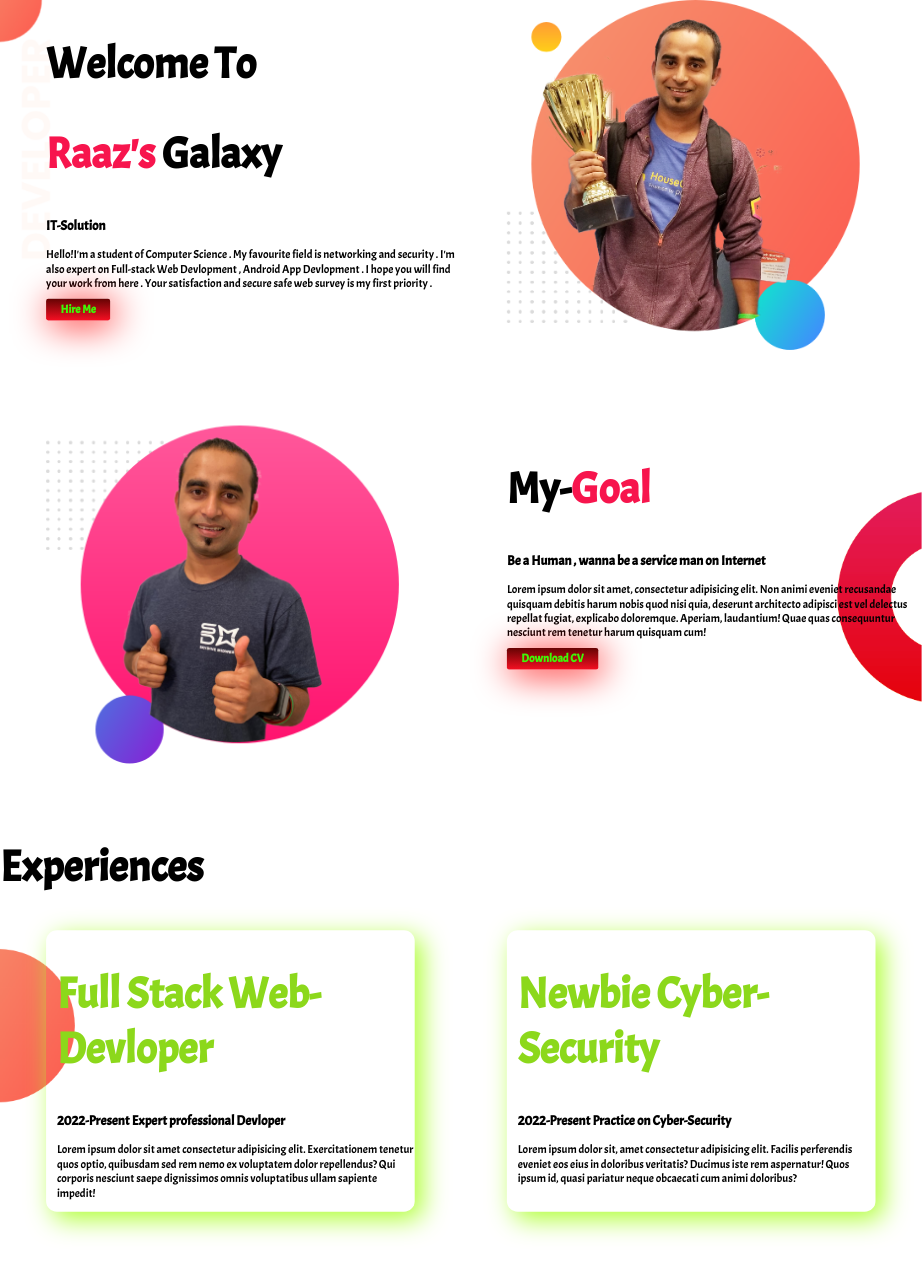
Repository: ramizraaz/my-portfolio
Page: about.html
The author's editor kept a copy of each file at every save. The page is drawn from the files as they stood at one save, then again after the next save.
The browser window is 1280 px wide. The pictures show the whole page, at 72% of full size.

Above is the page before, as saved 2022-01-18 16:16:03.

After the next save:
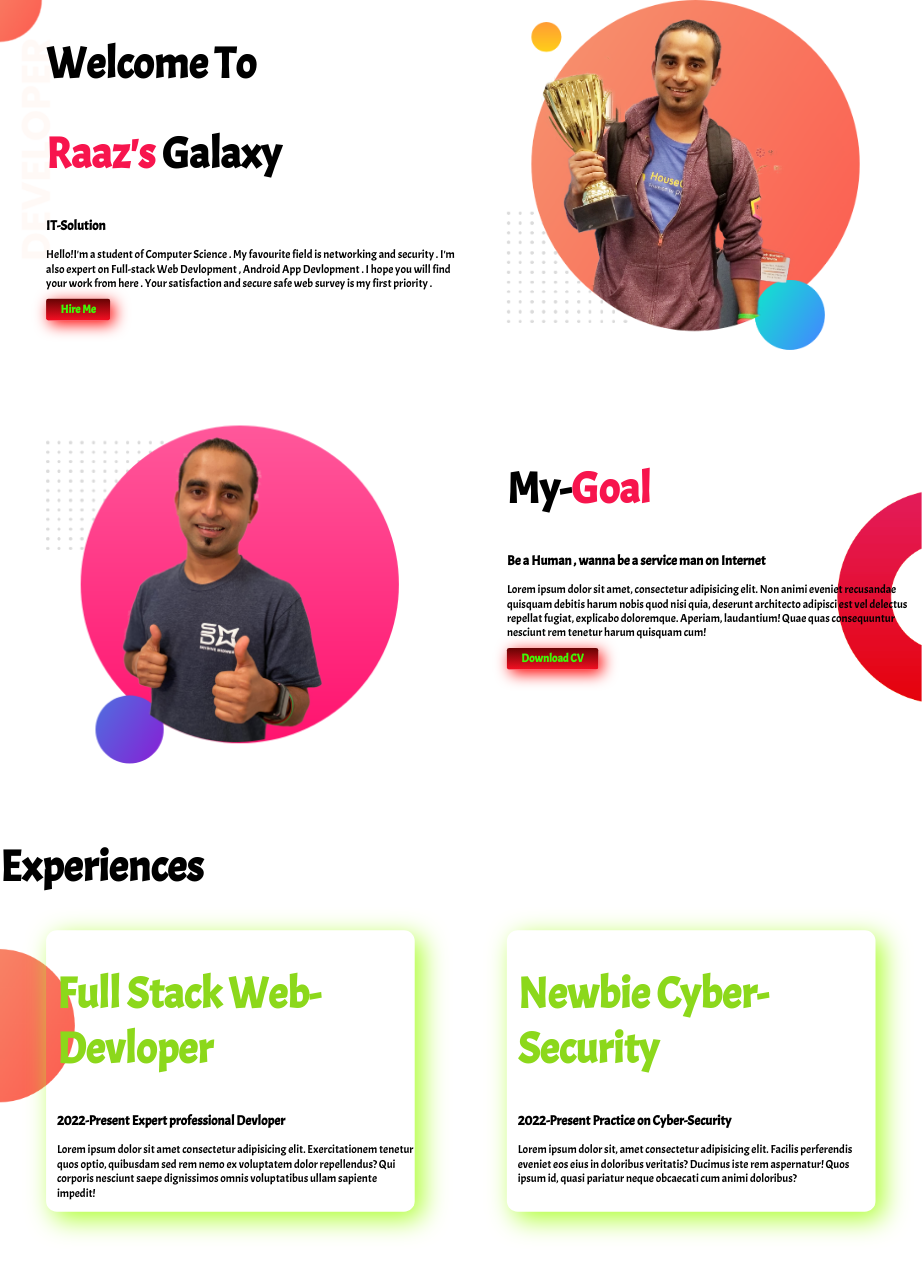
Saved 5 s later.
--- a/design.css
+++ b/design.css
@@ -35,7 +35,7 @@ span {
     border-radius: 3px;
     font-weight: 800;
     color: rgb(63, 247, 7);
-    box-shadow: 5px 5px 50px red;
+    box-shadow: 5px 5px 20px red;
 }
 
 .top {
